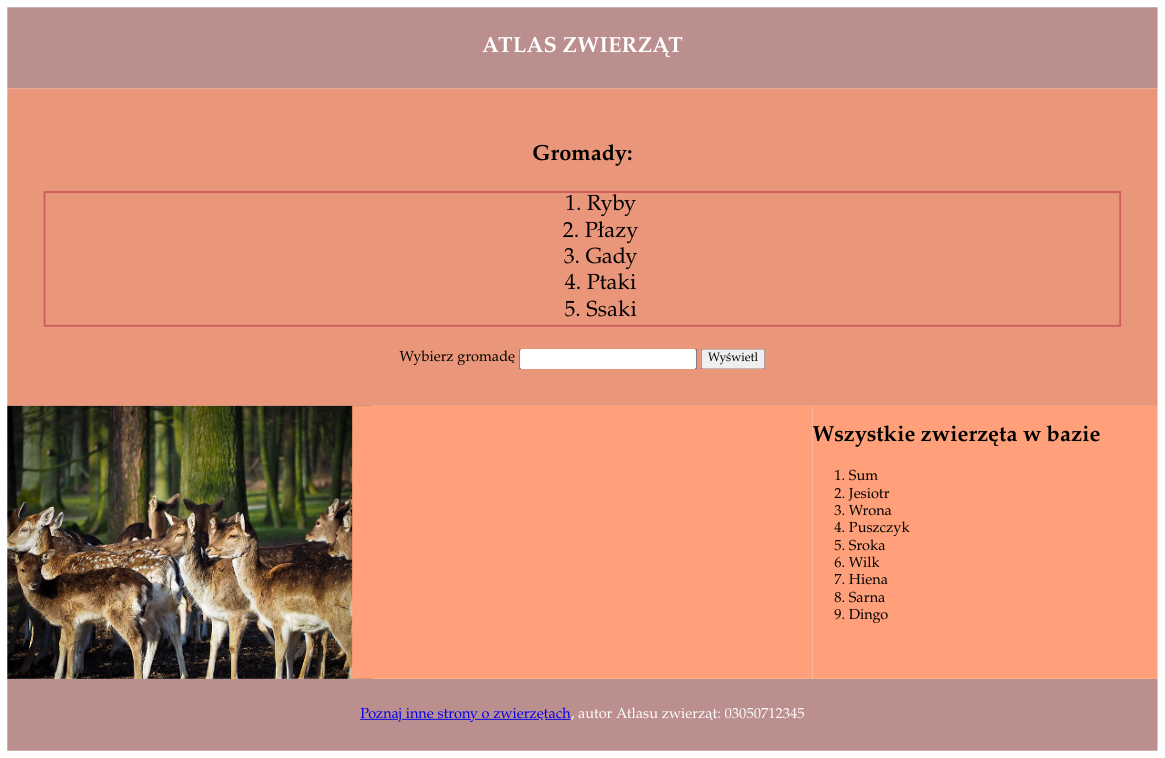
Repository: Lenerystia/HTML
Page: Zad.egz_3/index.html
These files come from the project's save history. The page is drawn as it stood at one moment and after the next save; the edit follows.
The browser window is 1280 px wide. The pictures show the whole page, at 91% of full size.

Above is the page before, as saved 2021-12-22 14:09:52.

After the next save:
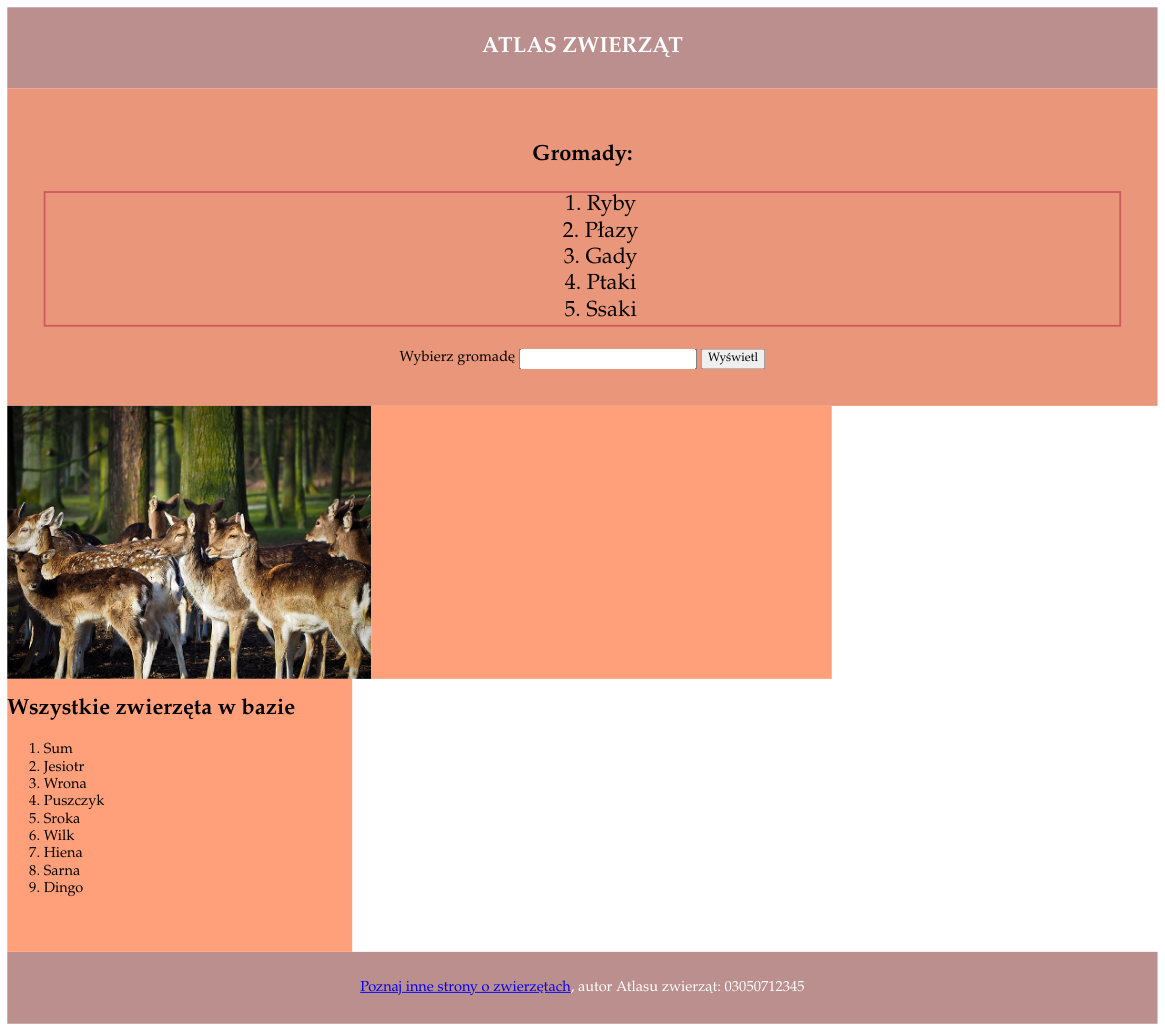
Saved 34 s later.
--- a/Zad.egz_3/styl3.css
+++ b/Zad.egz_3/styl3.css
@@ -18,7 +18,6 @@
 }
 .glownyLewy{
     float: left;
-    width: 30%;
     height: 300px;
 }
 .glownySrodkowy{
